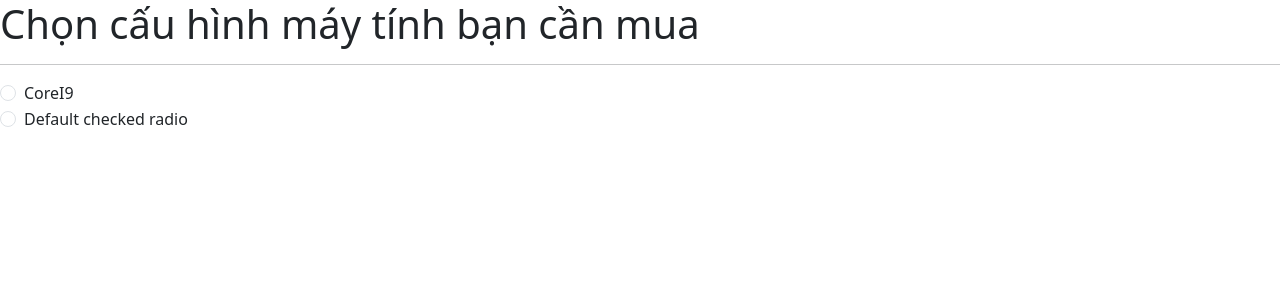
Repository: Vanh260703/Java-Servlet
Page: http://localhost/Bai7/muaMayTinh.jsp
The author's editor kept a copy of each file at every save. The page is drawn from the files as they stood at one save, then again after the next save.
The browser window is 1280 px wide. The pictures show the whole page.
The page is served by Tomcat 9.

Above is the page before, as saved 2025-03-04 18:48:24.

After the next save:
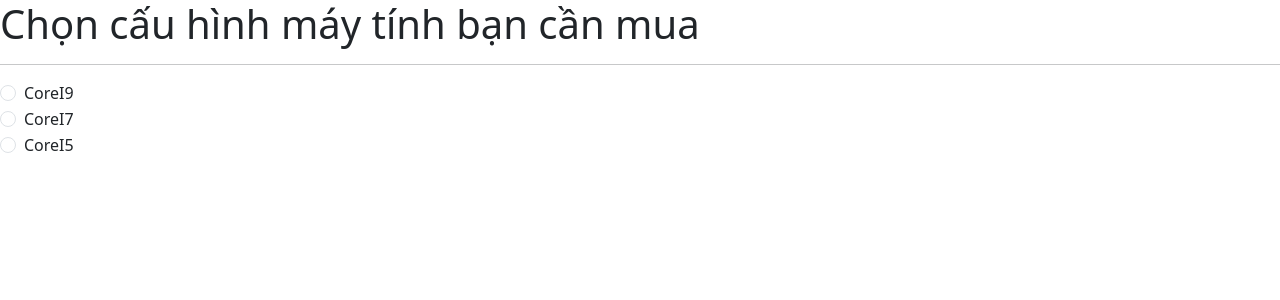
Saved 31 s later.
--- a/Bai7/src/main/webapp/muaMayTinh.jsp
+++ b/Bai7/src/main/webapp/muaMayTinh.jsp
@@ -22,7 +22,13 @@
 <div class="form-check">
   <input class="form-check-input" type="radio" name="processor" id="coreI7" value = "coreI7" >
   <label class="form-check-label" for="coreI7">
-    Default checked radio
+    CoreI7
+  </label>
+</div>
+<div class="form-check">
+  <input class="form-check-input" type="radio" name="processor" id="coreI5" value = "coreI5" >
+  <label class="form-check-label" for="coreI5">
+    CoreI5
   </label>
 </div>
 	</form>
